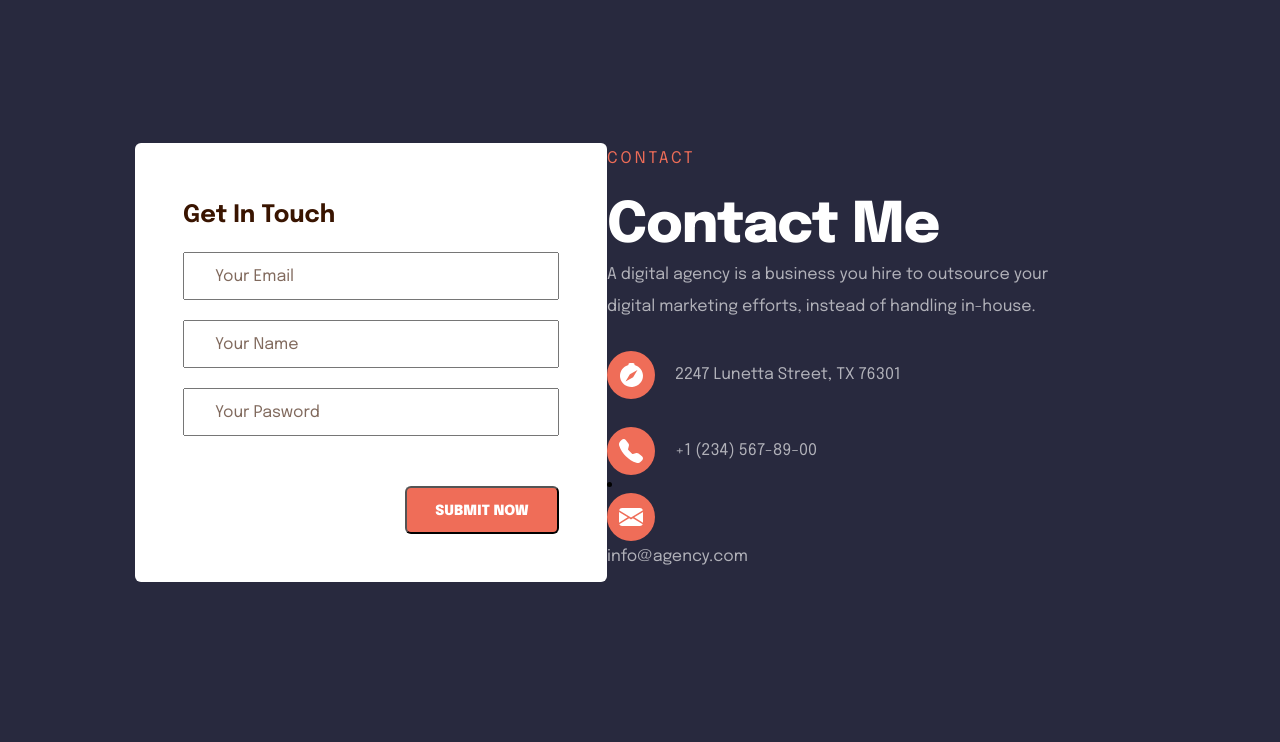
Repository: MehdiKerimov/Figma-Task-14
Page: index.html
These files come from the project's save history. The page is drawn as it stood at one moment and after a run of saves; the edit follows.
The browser window is 1280 px wide. The pictures show the whole page.

Above is the page before, as saved 2023-10-07 15:36:37.

After the next 2 saves:
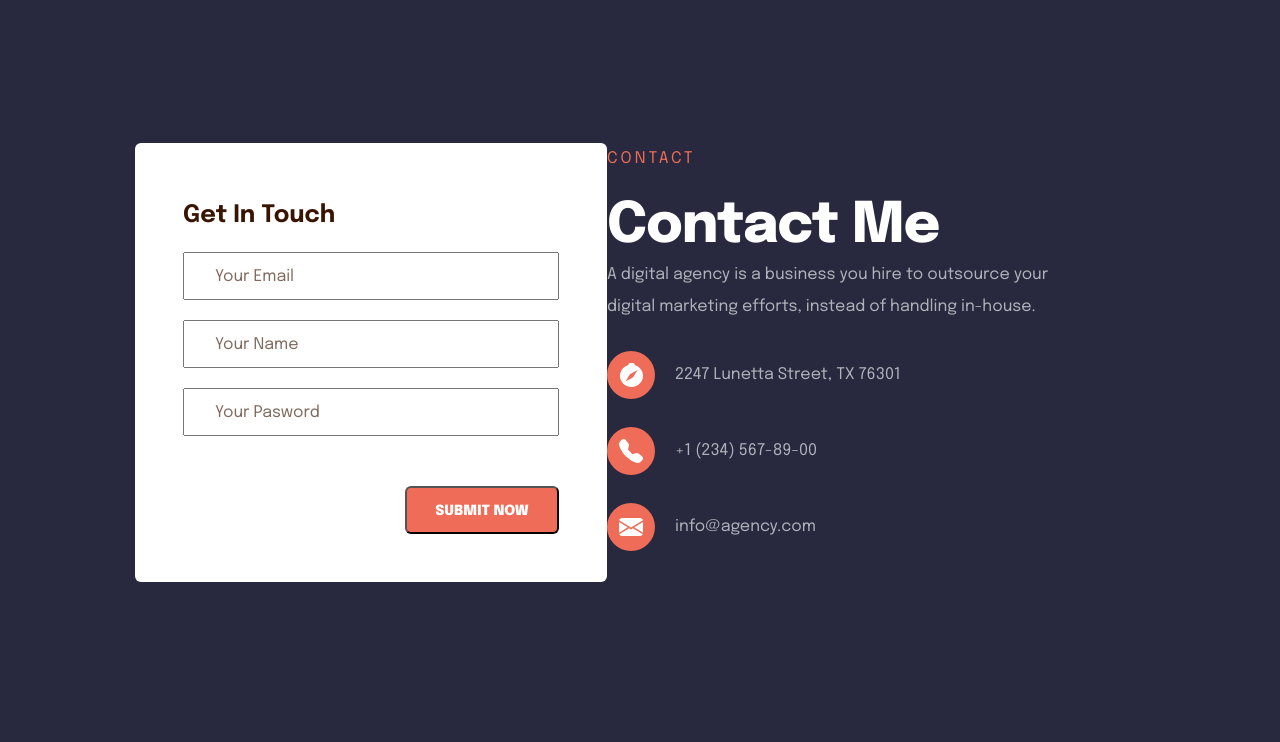
The 2 saves are shown as one change because they came seconds apart.
The last was saved 14 s later.
--- a/index.html
+++ b/index.html
@@ -73,27 +73,28 @@
   </div>
   <p>+1 (234) 567-89-00</p>
 </li>
+<li>
+  <div class="circle">
+    <svg
+      xmlns="http://www.w3.org/2000/svg"
+      width="24"
+      height="18"
+      viewBox="0 0 24 18"
+      fill="none"
+    >
+      <path
+        fill-rule="evenodd"
+        clip-rule="evenodd"
+        d="M3 0C1.60024 -9.42171e-05 0.386447 0.967828 0.075 2.3325L12 9.621L23.925 2.3325C23.6136 0.967828 22.3998 -9.42171e-05 21 0H3ZM0 14.7015V4.0455L8.7045 9.3645L0 14.7015ZM10.1415 10.245L0.2865 16.2855C0.78351 17.3335 1.84012 18.0011 3 18H21C22.1597 18.0003 23.2157 17.3321 23.712 16.284L13.857 10.2435L12 11.379L10.1415 10.2435V10.245ZM24 14.7015L15.2955 9.366V9.3645L24 4.0455V14.7015Z"
+        fill="white"
+      />
+    </svg>
+  </div>
+  <p>info@agency.com</p>
+
+ </li>
 </ul>
-     <li>
-      <div class="circle">
-        <svg
-          xmlns="http://www.w3.org/2000/svg"
-          width="24"
-          height="18"
-          viewBox="0 0 24 18"
-          fill="none"
-        >
-          <path
-            fill-rule="evenodd"
-            clip-rule="evenodd"
-            d="M3 0C1.60024 -9.42171e-05 0.386447 0.967828 0.075 2.3325L12 9.621L23.925 2.3325C23.6136 0.967828 22.3998 -9.42171e-05 21 0H3ZM0 14.7015V4.0455L8.7045 9.3645L0 14.7015ZM10.1415 10.245L0.2865 16.2855C0.78351 17.3335 1.84012 18.0011 3 18H21C22.1597 18.0003 23.2157 17.3321 23.712 16.284L13.857 10.2435L12 11.379L10.1415 10.2435V10.245ZM24 14.7015L15.2955 9.366V9.3645L24 4.0455V14.7015Z"
-            fill="white"
-          />
-        </svg>
-      </div>
-      <p>info@agency.com</p>
 
-     </li>
 
       </div>
     </div>
